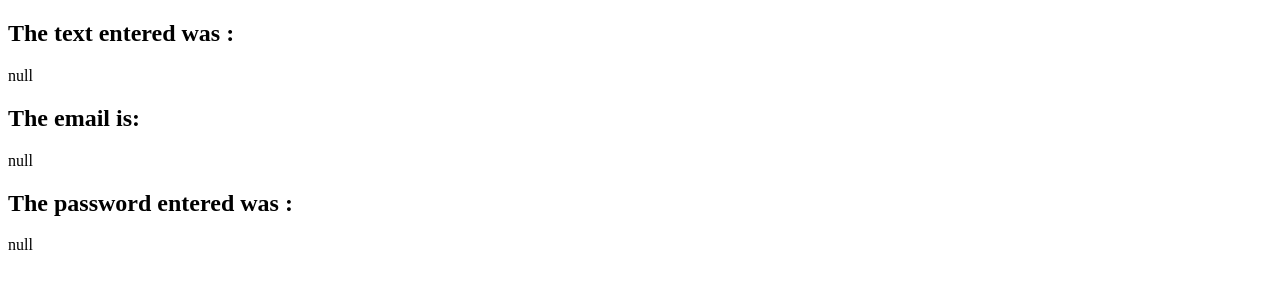
Repository: sujay1995/ajplabs
Page: http://localhost/lab8/Param.jsp
An editor plug-in stored every save of this project. The page is shown before and after the next save, followed by the edit.
The browser window is 1280 px wide. The pictures show the whole page.
The page is served by Tomcat 9.

Above is the page before, as saved 2019-10-16 08:30:40.

After the next save:
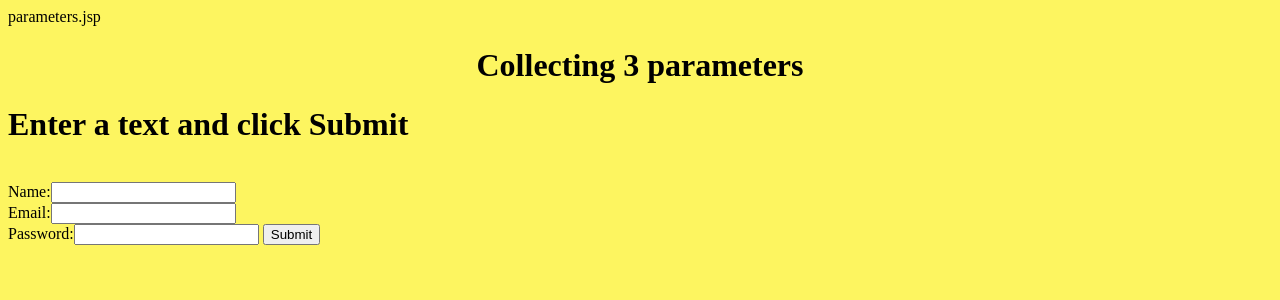
Saved 67 s later.
--- a/lab8/WebContent/Param.jsp
+++ b/lab8/WebContent/Param.jsp
@@ -1,17 +1,21 @@
-<%@ page language="java" contentType="text/html; charset=ISO-8859-1"
-    pageEncoding="ISO-8859-1"%>
-<!DOCTYPE html PUBLIC "-//W3C//DTD HTML 4.01 Transitional//EN" "http://www.w3.org/TR/html4/loose.dtd">
+parameters.jsp
+<%@ page language="java" contentType="text/html; charset=UTF-8"
+    pageEncoding="UTF-8"%>
+<!DOCTYPE html>
 <html>
 <head>
-<meta http-equiv="Content-Type" content="text/html; charset=ISO-8859-1">
-<title>details</title>
+<meta charset="UTF-8">
+<title>Insert title here</title>
 </head>
- <% String val = request.getParameter("testParam");
- String email=request.getParameter("email");
- String pwd = request.getParameter("pwd");
- %>
-     <h2>The text entered was : </h2><%=val%>
-    <h2>The email is: </h2><%=email %>
-    <h2>The password entered was :</h2><%=pwd%>
+<body bgcolor="#FDDF5E6">
+<h1 align="center">Collecting 3 parameters</h1>
+<form name="testForm" action="param2.jsp">
+          <H1>Enter a text and click Submit</H1>
+          <br/>
+           Name:<input type="text" name="testParam"><br/>
+           Email:<input type="text" name="email"><br/>
+           Password:<input type="password" name="pwd">
+           <input type="submit">
+        </form>
 </body>
 </html>
